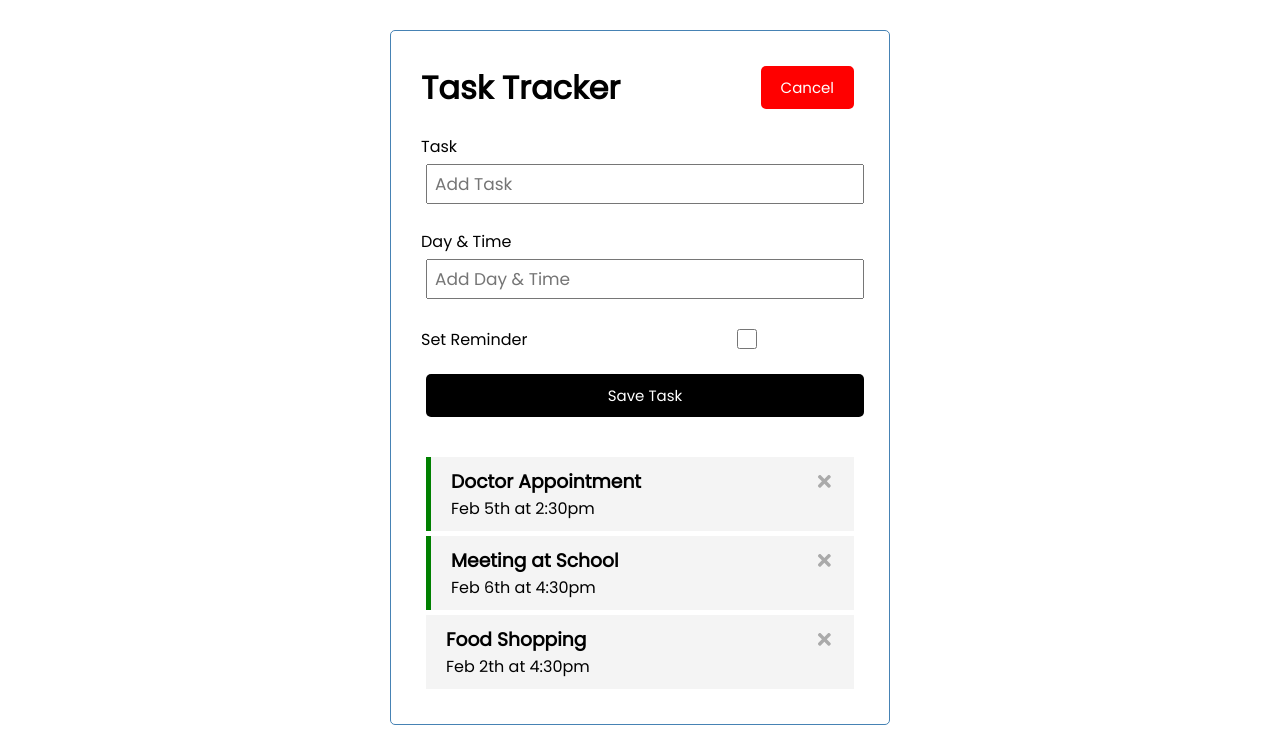
Repository: kate30980/task-tracker-reactjs
Page: /
The author's editor kept a copy of each file at every save. The page is drawn from the files as they stood at one save, then again after the next save.
The browser window is 1280 px wide. The pictures show the whole page.
The project was rebuilt for these pictures with package versions that can differ from the ones it lists, and the page was loaded fresh each time. Requests to the local data server were answered from the project's data file.

Above is the page before, as saved 2021-09-19 22:24:52.

### public/index.html
<!DOCTYPE html>
<html lang="en">

<head>
  <meta charset="utf-8" />
  <link rel="icon" href="%PUBLIC_URL%/favicon.ico" />
  <meta name="viewport" content="width=device-width, initial-scale=1" />
  <meta name="theme-color" content="#000000" />
  <meta name="description" content="Web site created using create-react-app" />
  <link rel="apple-touch-icon" href="%PUBLIC_URL%/logo192.png" />
  <!--
      manifest.json provides metadata used when your web app is installed on a
      user's mobile device or desktop. See https://developers.google.com/web/fundamentals/web-app-manifest/
    -->
  <link rel="manifest" href="%PUBLIC_URL%/manifest.json" />
  <!--
      Notice the use of %PUBLIC_URL% in the tags above.
      It will be replaced with the URL of the `public` folder during the build.
      Only files inside the `public` folder can be referenced from the HTML.

      Unlike "/favicon.ico" or "favicon.ico", "%PUBLIC_URL%/favicon.ico" will
      work correctly both with client-side routing and a non-root public URL.
      Learn how to configure a non-root public URL by running `npm run build`.
    -->
  <title>Task Tracker</title>
</head>

<body>
  <noscript>You need to enable JavaScript to run this app.</noscript>
  <div id="root"></div>
  <!--
      This HTML file is a template.
      If you open it directly in the browser, you will see an empty page.

      You can add webfonts, meta tags, or analytics to this file.
      The build step will place the bundled scripts into the <body> tag.

      To begin the development, run `npm start` or `yarn start`.
      To create a production bundle, use `npm run build` or `yarn build`.
    -->
</body>

</html>

### src/index.css
@import url('https://fonts.googleapis.com/css2?family=Poppins:wght@300;400&display=swap');

* {
  box-sizing: border-box;
  margin: 0;
  padding: 0;
}

body {
  font-family: 'Poppins', sans-serif;
}

.container {
  max-width: 500px;
  margin: 30px auto;
  overflow: auto;
  min-height: 300px;
  border: 1px solid steelblue;
  padding: 30px;
  border-radius: 5px;
}

.header {
  display: flex;
  justify-content: space-between;
  align-items: center;
  margin-bottom: 20px;
}

.btn {
  display: inline-block;
  background: #000;
  color: #fff;
  border: none;
  padding: 10px 20px;
  margin: 5px;
  border-radius: 5px;
  cursor: pointer;
  text-decoration: none;
  font-size: 15px;
  font-family: inherit;
}

.btn:focus {
  outline: none;
}

.btn:active {
  transform: scale(0.98);
}

.btn-block {
  display: block;
  width: 100%;
}

.task {
  background: #f4f4f4;
  margin: 5px;
  padding: 10px 20px;
  cursor: pointer;
}

.task.reminder {
  border-left: 5px solid green;
}

.task h3 {
  display: flex;
  align-items: center;
  justify-content: space-between;
}

.add-form {
  margin-bottom: 40px;
}

.form-control {
  margin: 20px 0;
}

.form-control label {
  display: block;
}

.form-control input {
  width: 100%;
  height: 40px;
  margin: 5px;
  padding: 3px 7px;
  font-size: 17px;
  font-family: inherit;
}

.form-control-check {
  display: flex;
  align-items: center;
  justify-content: space-between;
}

.form-control-check label {
  flex: 1;
}

.form-control-check input {
  flex: 1;
  height: 20px;
}

footer {
  margin-top: 30px;
  text-align: center;
}

### src/App.js
import { useState, useEffect } from "react";
import Header from "./components/Header";
import Tasks from "./components/Tasks";
import AddTask from "./components/AddTask";

function App() {
  const [showAddTask, setShowAddTask] = useState(true);
  const [tasks, setTasks] = useState([]);

  useEffect(() => {
    const getTasks = async () => {
      const tasksFromServer = await fetchTasks();
      setTasks(tasksFromServer);
    };
    getTasks();
  }, []);

  //Fetch Tasks
  const fetchTasks = async () => {
    const res = await fetch("http://localhost:5000/tasks");
    const data = await res.json();

    return data;
  };
  //Fetch Task
  const fetchTask = async (id) => {
    const res = await fetch(`http://localhost:5000/tasks/${id}`);
    const data = await res.json();

    return data;
  };

  //Add Task
  const addTask = async (task) => {
    const res = await fetch("http://localhost:5000/tasks", {
      method: "POST",
      headers: {
        "Content-type": "application/json",
      },
      body: JSON.stringify(task),
    });
    const data = await res.json();
    setTasks([...tasks, data]);

    // const id = Math.floor(Math.random() * 10000) + 1;
    // const newTask = { id, ...task };
    // setTasks([...tasks, newTask]);
  };

  // Delete tasks
  const deleteTask = async (id) => {
    await fetch(`http://localhost:5000/tasks/${id}`, {
      method: "DELETE",
    });

    setTasks(tasks.filter((task) => task.id !== id));
  };

  //Toogle reminder
  const toggleReminder = async (id) => {
    const taskToToggle = await fetchTask(id);
    const updTask = { ...taskToToggle, reminder: !taskToToggle.reminder };

    const res = await fetch(`http://localhost:5000/tasks/${id}`, {
      method: "PUT",
      headers: {
        "Content-Type": "application/json",
      },
      body: JSON.stringify(updTask),
    });

    const data = await res.json();

    setTasks(
      tasks.map((task) =>
        task.id === id ? { ...task, reminder: data.reminder } : task
      )
    );
  };

  return (
    <div className="container">
      <Header
        onAdd={() => setShowAddTask(!showAddTask)}
        showAdd={showAddTask}
      />
      {showAddTask && <AddTask onAdd={addTask} />}
      {tasks.length > 0 ? (
        <Tasks tasks={tasks} onDelete={deleteTask} onToggle={toggleReminder} />
      ) : (
        "No Tasks To Show"
      )}
    </div>
  );
}

export default App;

### src/components/Header.js
import PropTypes from "prop-types";
import Button from "./Button";

const Header = ({ title, onAdd, showAdd }) => {
  return (
    <header className="header">
      <h1>{title}</h1>
      <Button
        color={showAdd ? "red" : "green"}
        text={showAdd ? "Cancel" : "Add"}
        onClick={onAdd}
      />
    </header>
  );
};

Header.defaultProps = {
  title: "Task Tracker",
};

Header.propTypes = {
  title: PropTypes.string.isRequired,
};

export default Header;

### src/components/AddTask.js
import { useState } from "react";

const AddTask = ({ onAdd }) => {
  const [text, setText] = useState("");
  const [day, setDay] = useState("");
  const [reminder, setReminder] = useState(false);

  const onSubmit = (e) => {
    e.preventDefault();

    if (!text) {
      alert("Please add a task");
      return;
    }

    onAdd({ text, day, reminder });

    setText("");
    setDay("");
    setReminder(false);
  };

  return (
    <form className="add-form" onSubmit={onSubmit}>
      <div className="form-control">
        <label>Task</label>
        <input
          type="text"
          placeholder="Add Task"
          value={text}
          onChange={(e) => setText(e.target.value)}
        />
      </div>
      <div className="form-control">
        <label>Day & Time</label>
        <input
          type="text"
          placeholder="Add Day & Time"
          value={day}
          onChange={(e) => setDay(e.target.value)}
        />
      </div>
      <div className="form-control form-control-check">
        <label>Set Reminder</label>
        <input
          type="checkbox"
          checked={reminder}
          value={reminder}
          onChange={(e) => setReminder(e.currentTarget.checked)}
        />
      </div>

      <input type="submit" value="Save Task" className="btn btn-block" />
    </form>
  );
};

export default AddTask;

### src/components/Task.js
import { FaTimes } from "react-icons/fa";

const Task = ({ task, onDelete, onToggle }) => {
  return (
    <div
      className={`task ${task.reminder ? "reminder" : ""}`}
      onDoubleClick={() => onToggle(task.id)}
    >
      <h3>
        {task.text}{" "}
        <FaTimes
          style={{ color: "#aaa", cursor: "pointer" }}
          onClick={() => onDelete(task.id)}
        />
      </h3>
      <p>{task.day}</p>
    </div>
  );
};

export default Task;

### db.json
{
  "tasks":[{
    "id": 1,
    "text": "Doctor Appointment",
    "day": "Feb 5th at 2:30pm",
    "reminder": true
  },
  {
    "id": 2,
    "text": "Meeting at School",
    "day": "Feb 6th at 4:30pm",
    "reminder": true
  },
  {
    "id": 3,
    "text": "Food Shopping",
    "day": "Feb 2th at 4:30pm",
    "reminder": false
  }
]
}

### src/components/Footer.js
const Footer = () => {
  return (
    <footer>
      <p>Copyright $copy; 2021</p>
      <a href="/about">About</a>
    </footer>
  );
};

export default Footer;

Loaded but not shown: src/index.js (common file); src/reportWebVitals.js (common file); src/components/Tasks.js (common file); src/components/Button.js (common file)

After the next save:
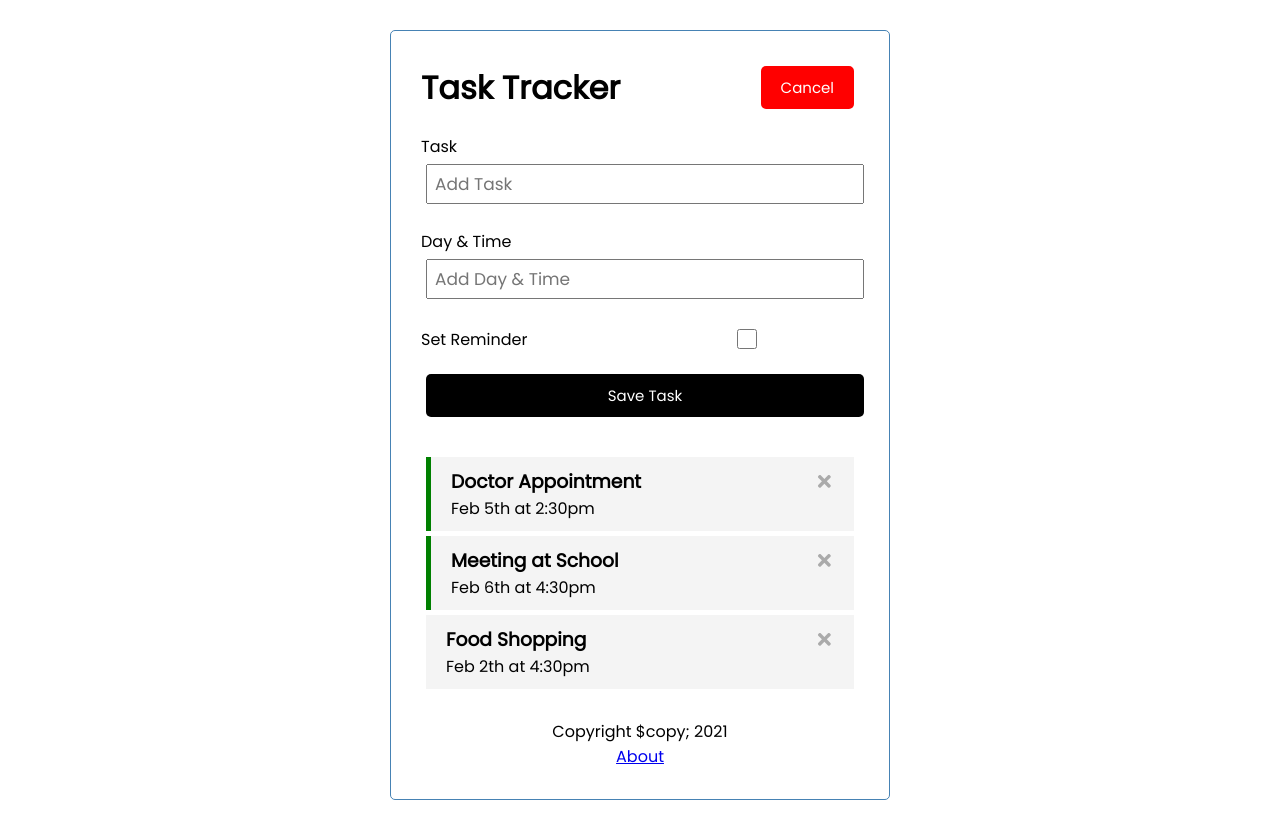
Saved 43 s later.
--- a/src/App.js
+++ b/src/App.js
@@ -1,5 +1,6 @@
 import { useState, useEffect } from "react";
 import Header from "./components/Header";
+import Footer from "./components/Footer";
 import Tasks from "./components/Tasks";
 import AddTask from "./components/AddTask";
 
@@ -90,6 +91,7 @@ function App() {
       ) : (
         "No Tasks To Show"
       )}
+      <Footer />
     </div>
   );
 }
